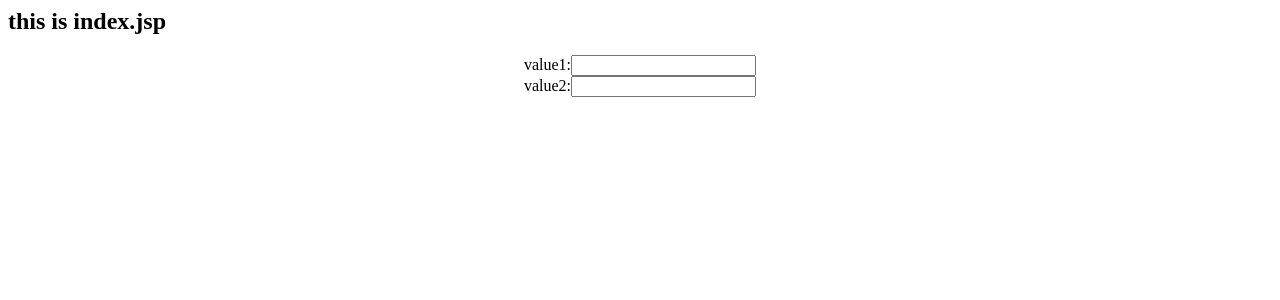
Repository: Vaishnavipokale28/Java
Page: http://localhost/jsp1/
These files come from the project's save history. The page is drawn as it stood at one moment and after the next save; the edit follows.
The browser window is 1280 px wide. The pictures show the whole page.
The page is served by Tomcat 9. Other server files are loaded and not shown.

Above is the page before, as saved 2024-08-27 09:14:06.

### jsp servlet/jsp1/src/main/webapp/index.jsp
<html>
<body>
<h2>this is index.jsp</h2>
<center>
value1:<input type="text" name="t1">
<br>
value2:<input type="text" name="t2">
</center>
</body>
</html>

After the next save:
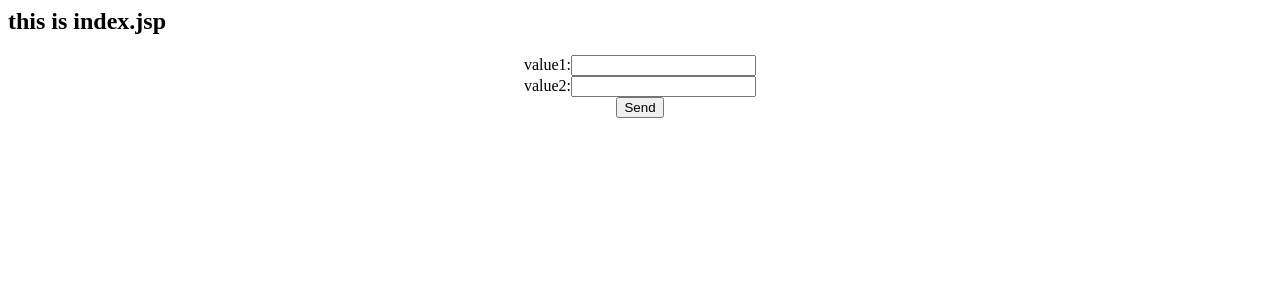
Saved 14 min 53 s later.
--- a/jsp servlet/jsp1/src/main/webapp/index.jsp
+++ b/jsp servlet/jsp1/src/main/webapp/index.jsp
@@ -2,9 +2,13 @@
 <body>
 <h2>this is index.jsp</h2>
 <center>
+<form action="req1" method="get">
 value1:<input type="text" name="t1">
 <br>
 value2:<input type="text" name="t2">
+<br>
+<input type="submit" name="b1" value="Send">
+</form>
 </center>
 </body>
 </html>
